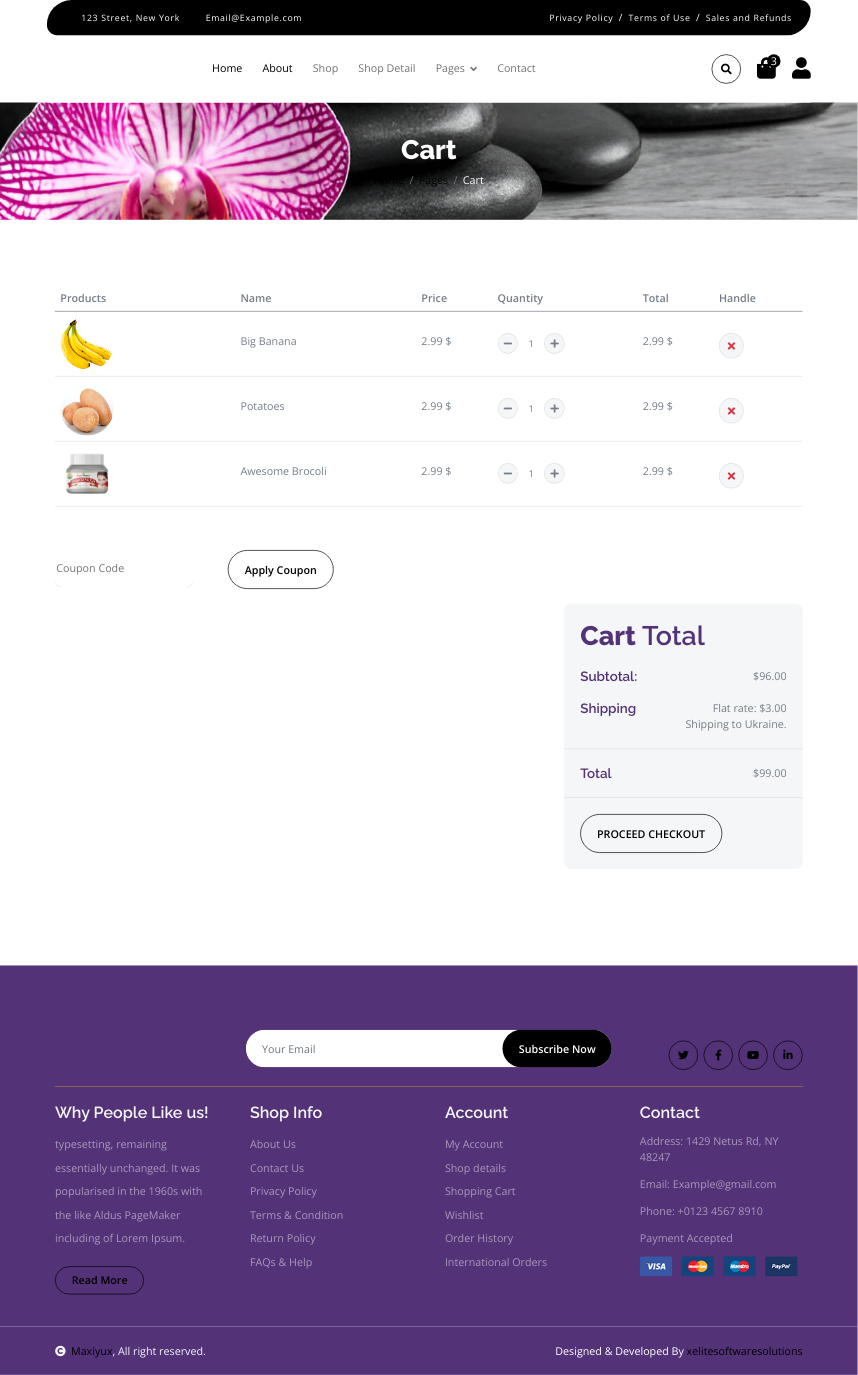
Repository: ChristhurasaRoshan/Maxiyux-New
Page: cart.html
These files come from the project's save history. The page is drawn as it stood at one moment and after the next save; the edit follows.
The browser window is 1280 px wide. The pictures show the whole page, at 67% of full size.
Some web libraries are served in a nearby version.

Above is the page before, as saved 2024-10-08 20:53:46.

After the next save:
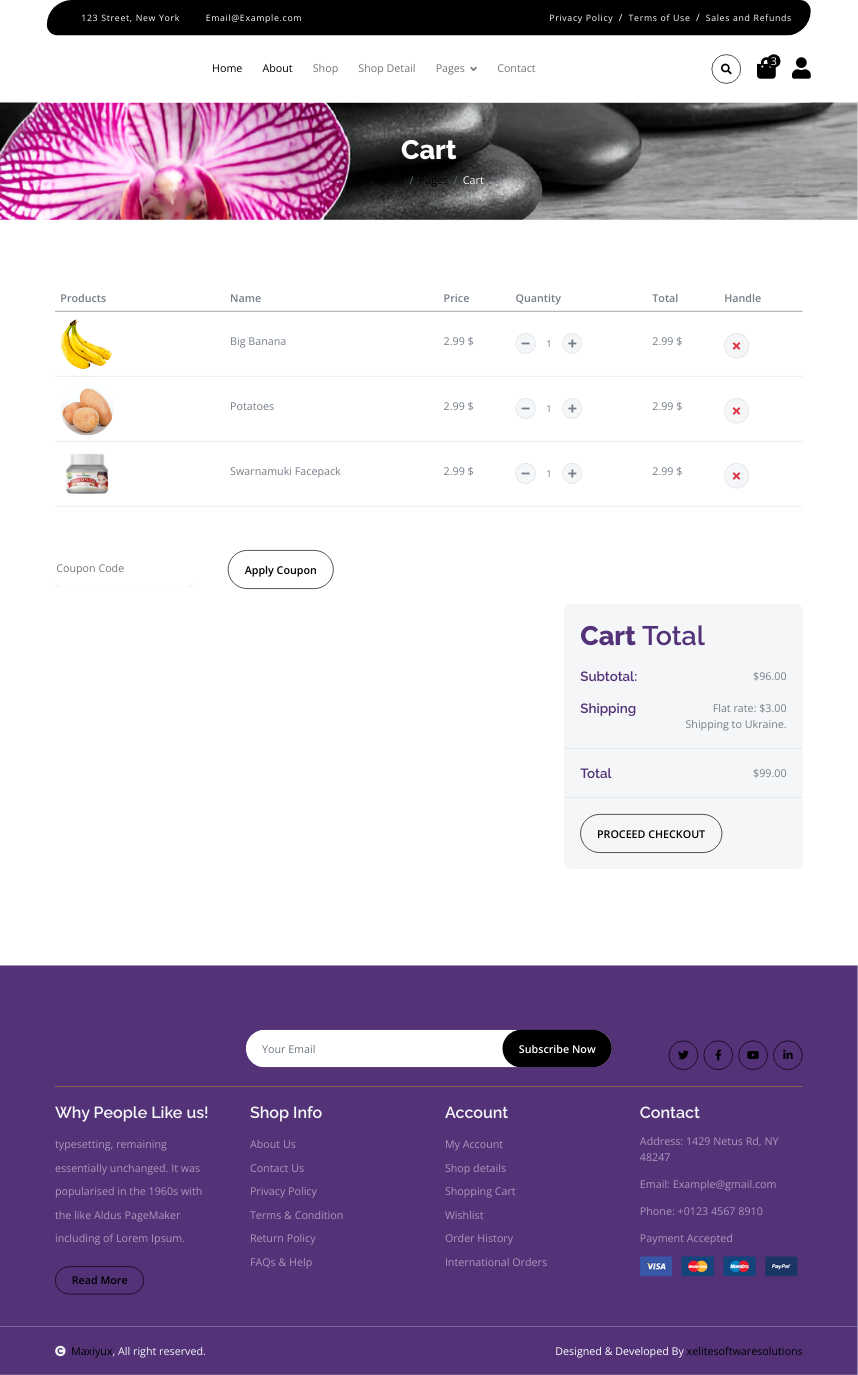
Saved 24 s later.
--- a/cart.html
+++ b/cart.html
@@ -221,7 +221,7 @@
                                     </div>
                                 </th>
                                 <td>
-                                    <p class="mb-0 mt-4">Awesome Brocoli</p>
+                                    <p class="mb-0 mt-4">Swarnamuki Facepack</p>
                                 </td>
                                 <td>
                                     <p class="mb-0 mt-4">2.99 $</p>
